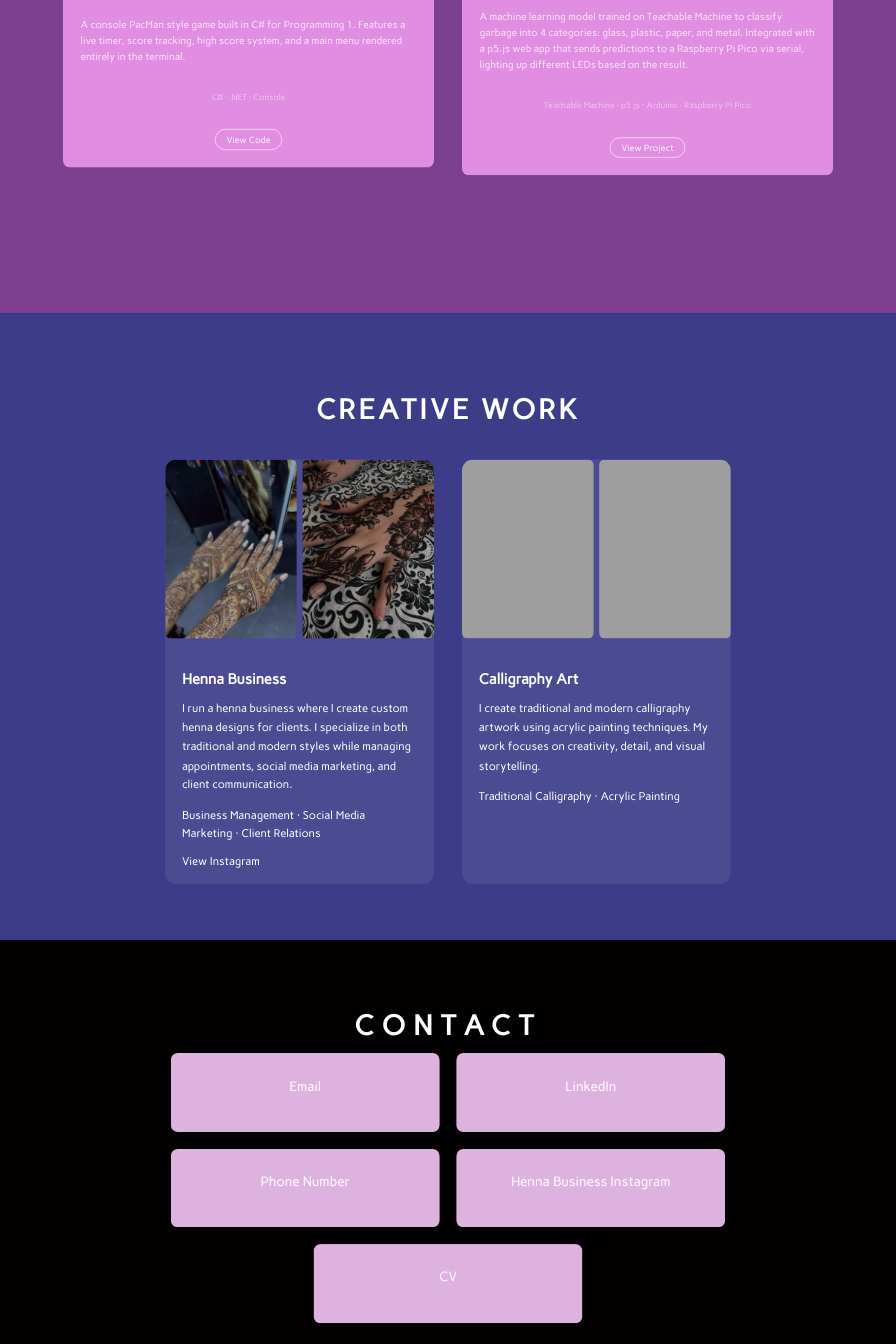
Repository: Rameen-A/Rameen-A
Page: index.html
An editor plug-in stored every save of this project. The page is shown before and after the next save, followed by the edit.
The browser window is 1280 px wide. The pictures show the part of the page from y = 1875 to 3795 px (the page is 3830 px tall), at 70% of full size.
Pictures or frames that could not be fetched are drawn as grey boxes.

Above is the page before, as saved 2026-05-09 22:57:40.

After the next save:
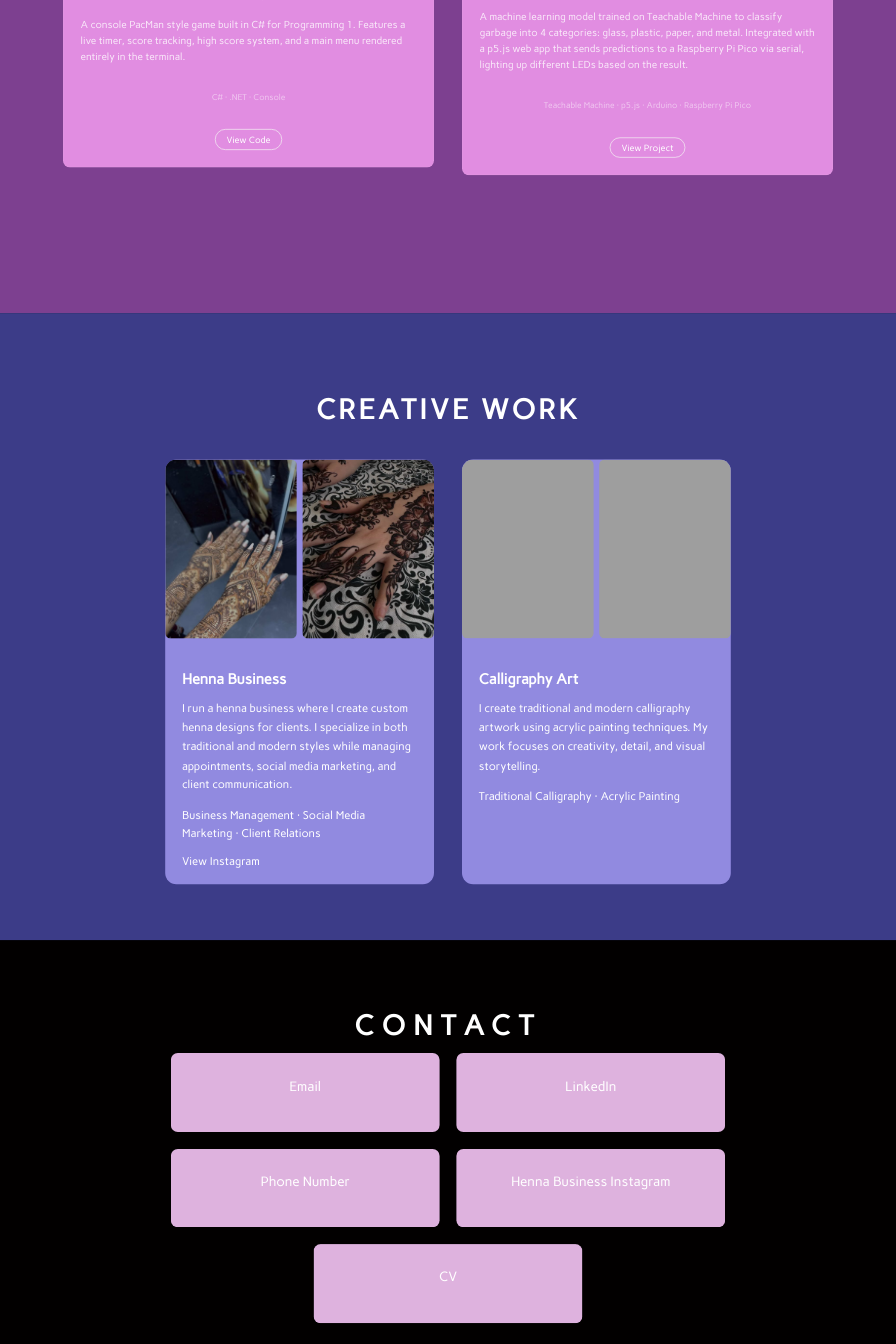
Saved 8 min 13 s later.
--- a/styles/index.css
+++ b/styles/index.css
@@ -197,19 +197,18 @@ article {
   gap: 2.5rem;
   align-items: center;
 }
+.creative-cards :hover {
+  border: 3px solid rgb(29, 6, 72);
+}
 
 .creative-card {
-  background-color: rgba(255, 255, 255, 0.08);
+  background-color: #918ae0;
   border-radius: 1rem;
   overflow: hidden;
   width: 100%;
   max-width: 22rem;
 
   transition: transform 0.3s ease;
-}
-
-.creative-card:hover {
-  transform: translateY(-8px);
 }
 .creative-images {
   display: grid;
